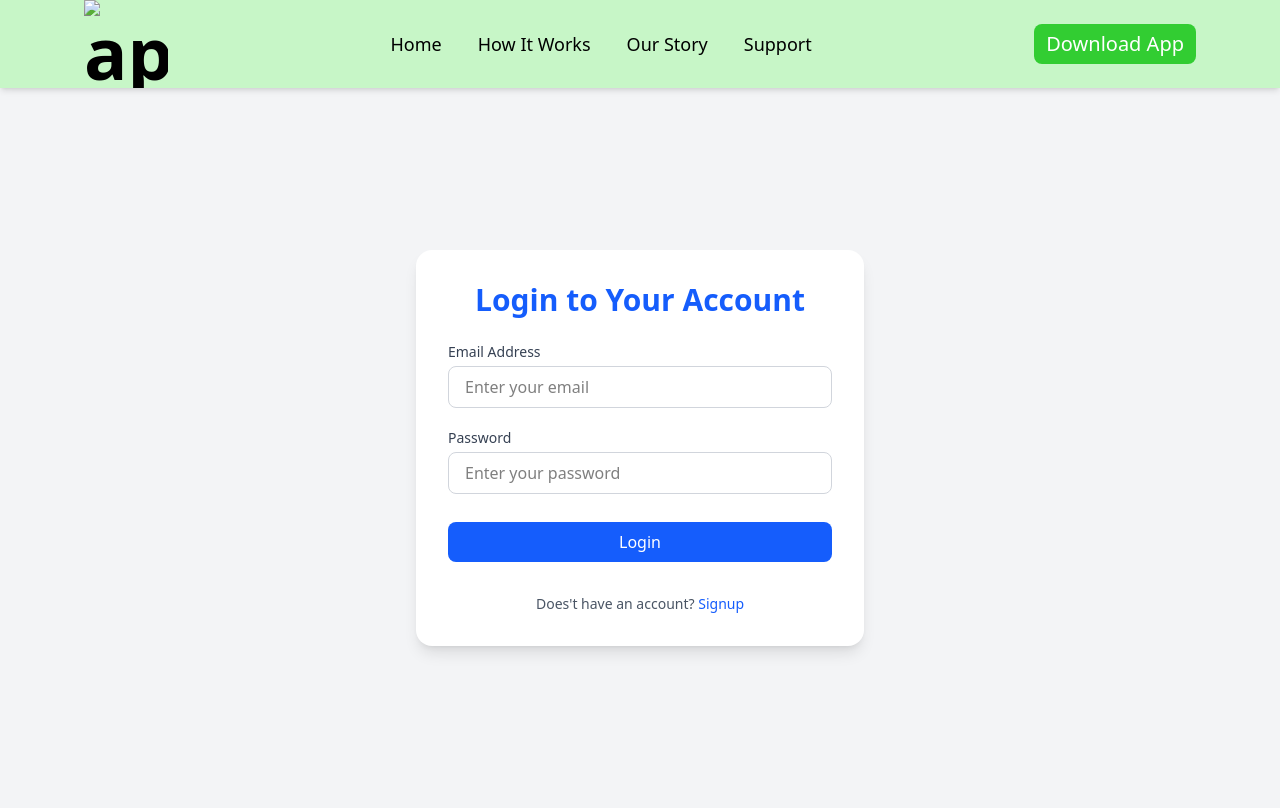
Repository: rushikesh-kolpe21/GigFlow
Page: / (app in frontend/)
An editor plug-in stored every save of this project. The page is shown before and after the next save, followed by the edit.
The browser window is 1280 px wide. The pictures show the whole page.
The project was rebuilt for these pictures with package versions that can differ from the ones it lists, and the page was loaded fresh each time. Also part of the build but not shown: frontend/src/Landing/Auth/Signup.jsx, frontend/src/Landing/Home/LoggedIn.jsx.

Above is the page before, as saved 2026-01-12 07:26:30.

After the next save:
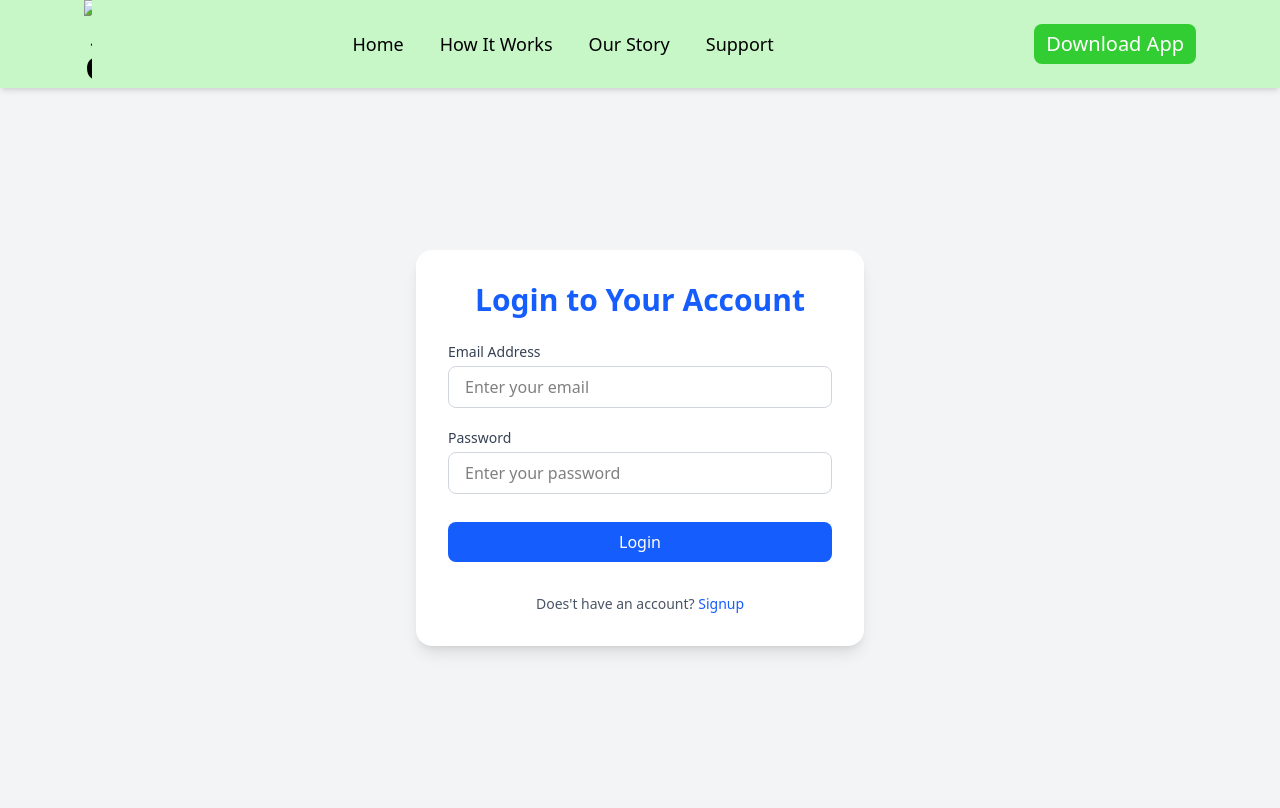
Saved 36 s later.
--- a/frontend/Navbar.jsx
+++ b/frontend/Navbar.jsx
@@ -29,7 +29,7 @@ export default function Navbar() {
         {/* logo on left */}
         <div className="z-20">
           <Link to="/" className="flex gap-3 items-center font-semibold text-7xl">
-            <img className="w-21 h-auto" src="" alt="applogo" />
+            <img className="w-2 h-auto" src="" alt="applogo" />
             {/* <span className="hidden sm:inline">RapTro</span> */}
           </Link>
         </div>
